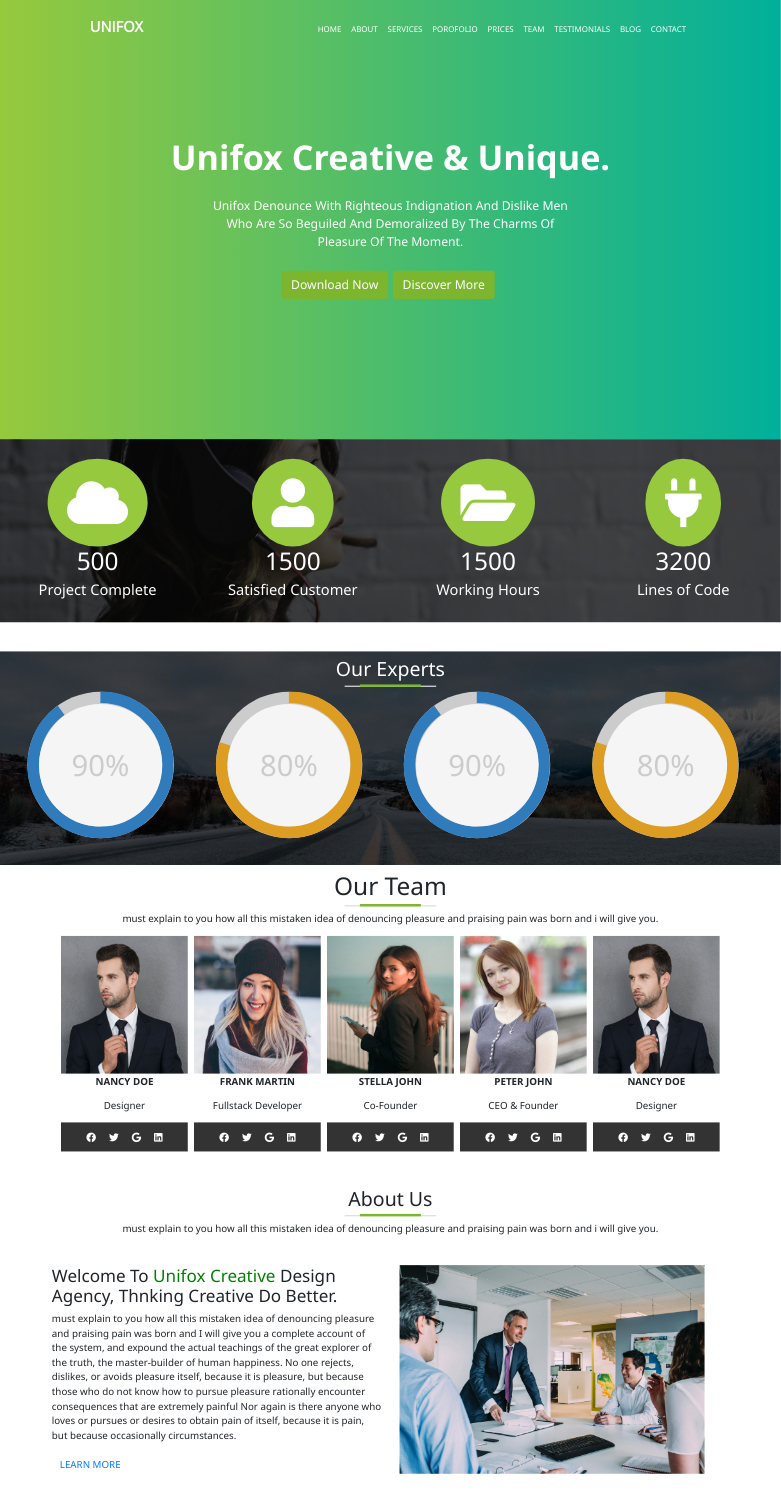
Repository: ibrkhalil/Uniforce-First-Attempt
Page: index.html
These files come from the project's save history. The page is drawn as it stood at one moment and after a run of saves; the edit follows.
The browser window is 1280 px wide. The pictures show the whole page, at 61% of full size.
Backgrounds fixed to the window are drawn as part of the page.

Above is the page before, as saved 2021-01-24 02:33:00.

After the next 3 saves:
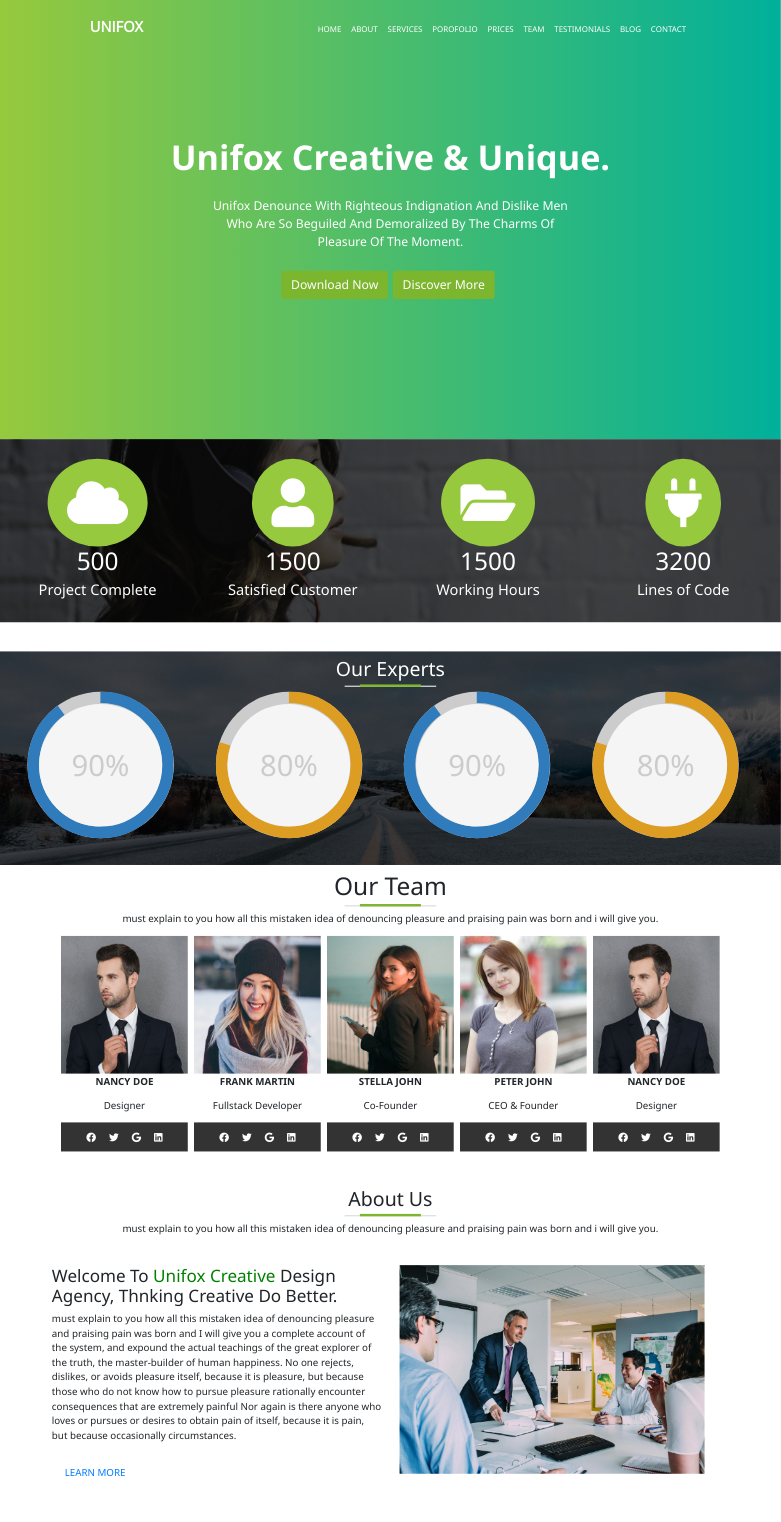
The 3 saves are shown as one change because they came seconds apart.
The last was saved 11 s later.
--- a/style.css
+++ b/style.css
@@ -308,7 +308,10 @@
 .green-color{
     color: green;
 }
-
+.about-section a{
+    padding: 20px;
+
+}
 /* .social-media-icons::before{
     position: absolute; */
     /* content: attr(data-content); */
